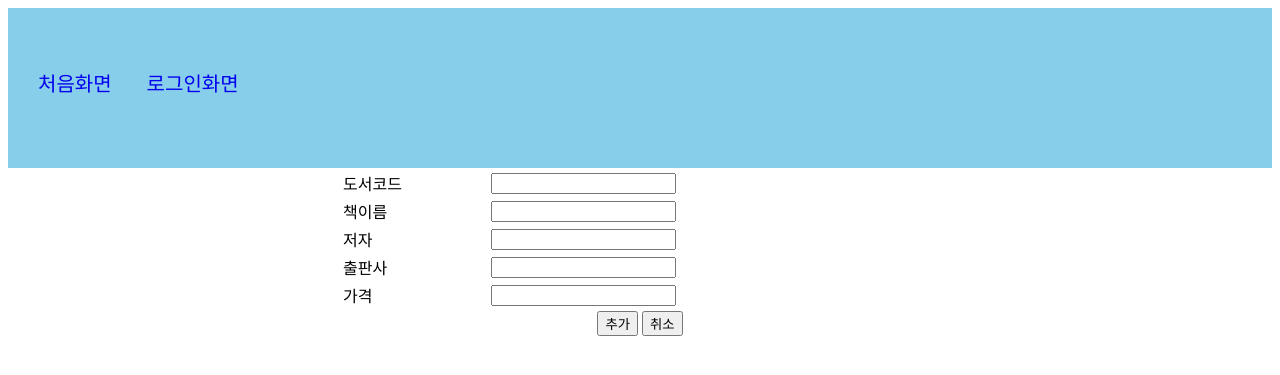
Repository: golddrone7/front
Page: http://localhost/bookproject2/book/bookInput.jsp
The author's editor kept a copy of each file at every save. The page is drawn from the files as they stood at one save, then again after the next save.
The browser window is 1280 px wide. The pictures show the whole page.
The page is served by Tomcat 9.

Above is the page before, as saved 2023-02-24 03:33:16.

After the next save:
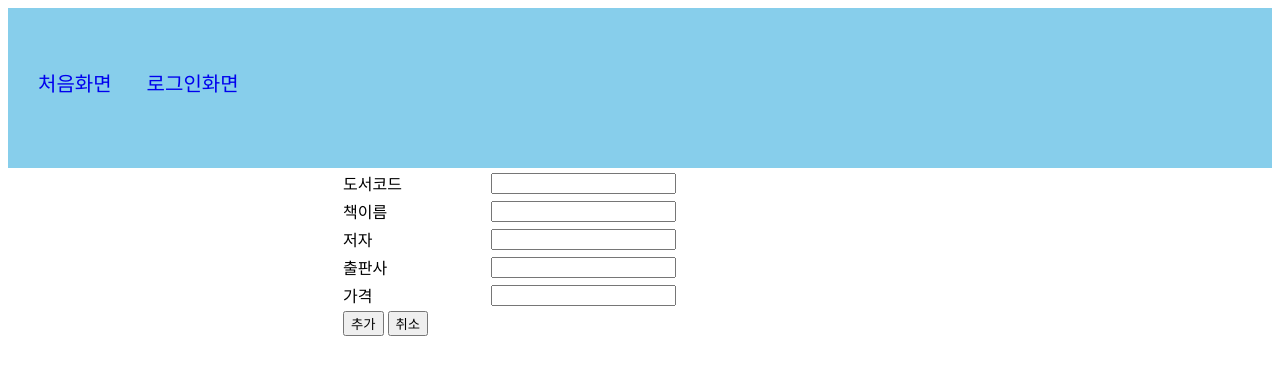
Saved 7 s later.
--- a/bookproject2/web/book/bookInput.jsp
+++ b/bookproject2/web/book/bookInput.jsp
@@ -26,7 +26,7 @@
 		<td><input type="text" name="price"></td>
 	</tr>
 	<tr>
-		<td colspan="2" align="center">
+		<td colspan="2">
 			<input type="submit" value="추가">
 			<input type="reset" value="취소">
 		</td>

After the save that followed:
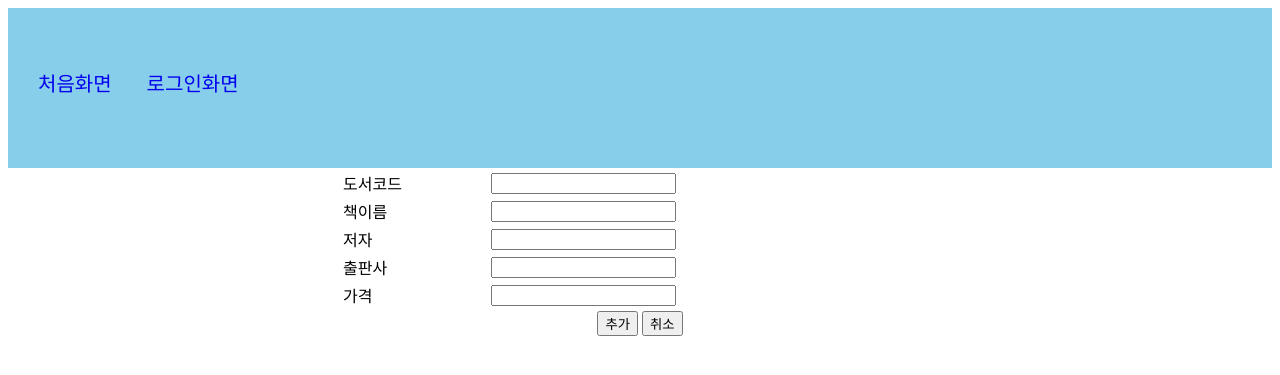
Saved 45 s later.
--- a/bookproject2/web/book/bookInput.jsp
+++ b/bookproject2/web/book/bookInput.jsp
@@ -26,7 +26,7 @@
 		<td><input type="text" name="price"></td>
 	</tr>
 	<tr>
-		<td colspan="2">
+		<td colspan="2" style="text-align: center;">
 			<input type="submit" value="추가">
 			<input type="reset" value="취소">
 		</td>
